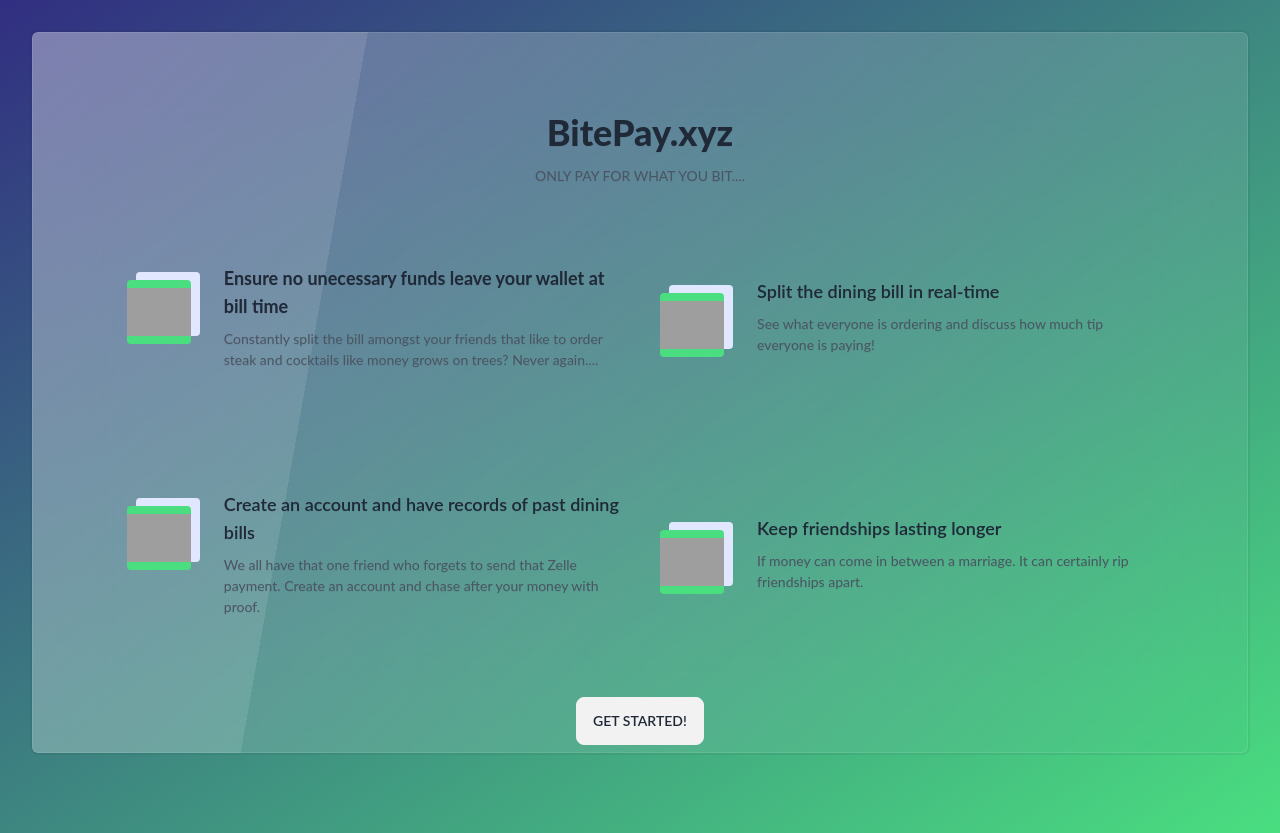
Repository: bitepay/bitepay-xyz
Page: /
The author's editor kept a copy of each file at every save. The page is drawn from the files as they stood at one save, then again after the next save.
The browser window is 1280 px wide. The pictures show the whole page.
Pictures or frames that could not be fetched are drawn as grey boxes. The page's requests for data from a server got no answer. The project was rebuilt for these pictures with package versions that can differ from the ones it lists, and the page was loaded fresh each time. The framework's server and built-in components were replaced by stand-ins that run in the browser. No one was signed in, and anything a server would have sent is missing. Also part of the build but not shown: next.config.js.

Above is the page before, as saved 2023-07-16 09:20:59.

After the next save:
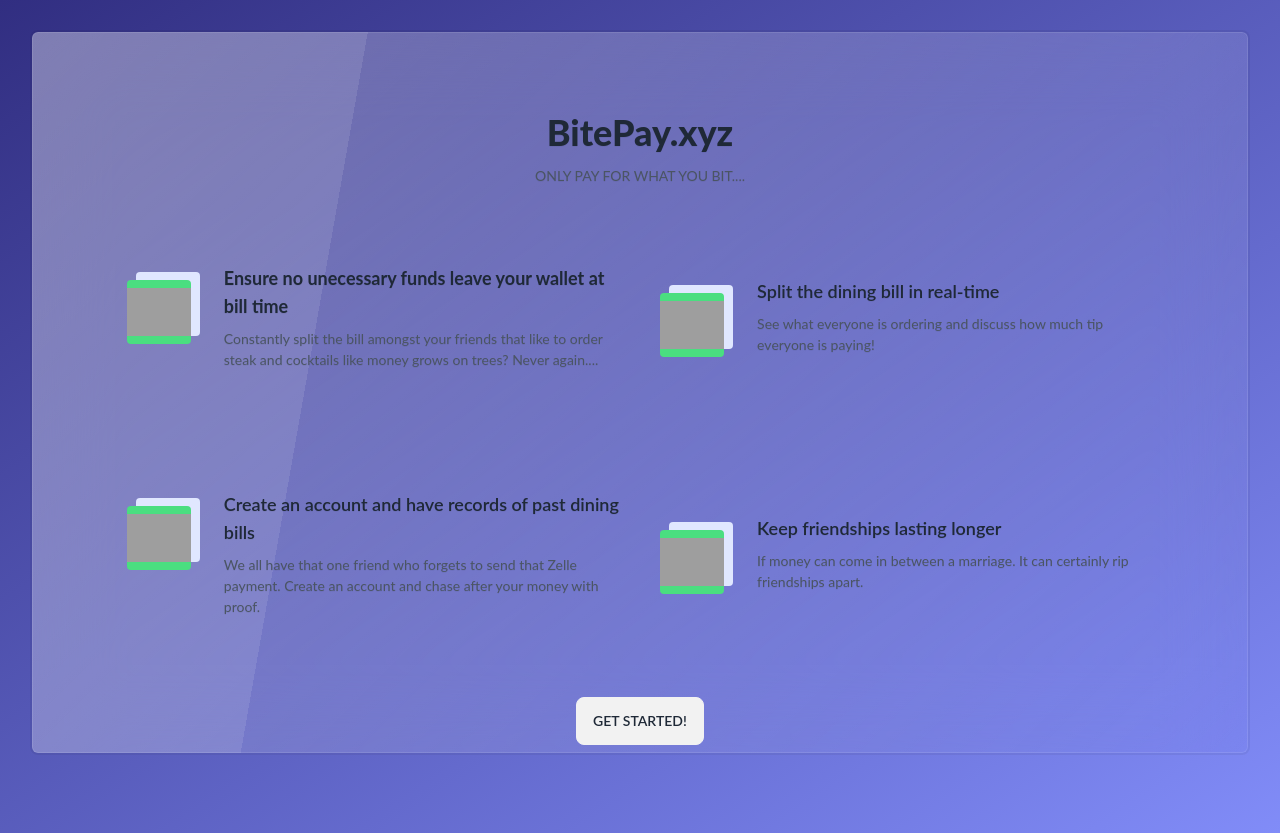
Saved 33 s later.
--- a/src/pages/index.js
+++ b/src/pages/index.js
@@ -16,7 +16,7 @@
         <meta name="description" content="The fastest and easiest way to divvy up the dining bill between your friends."></meta>
       </Head>
       <main
-        className={`flex min-h-screen flex-col items-center justify-between p-2 md:p-8 ${inter.className} bg-gradient-to-tl from-green-400 to-indigo-900`}
+        className={`flex min-h-screen flex-col items-center justify-between p-2 md:p-8 ${inter.className} bg-gradient-to-tl from-indigo-400 to-indigo-900`}
       >
         <div className="pb-12" style={{ fontFamily: '"Lato", sans-serif' }}>
 
